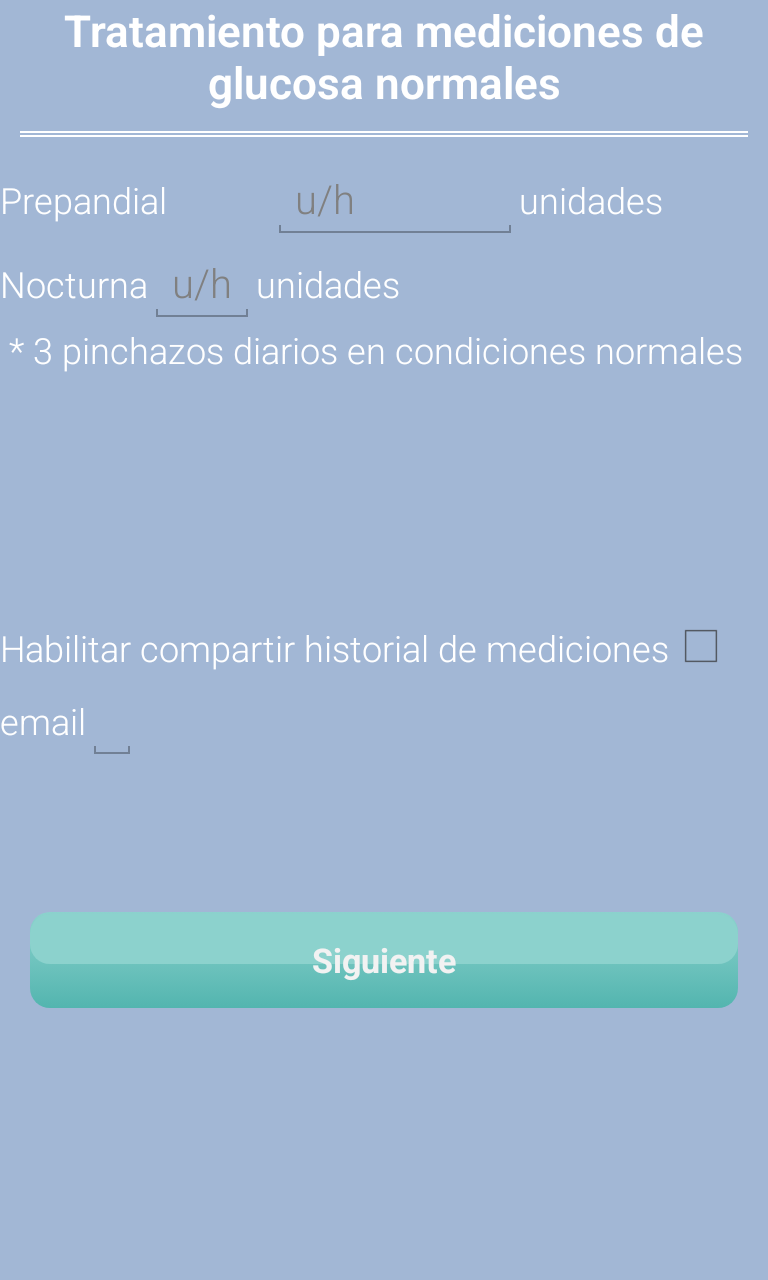
Repository: HectorGarciaMiguel/ssii-diabetes-060036
Layout: SeguimientoDiabetes/res/layout/activity_configuracion2_tipo1.xml
These files come from the project's save history. The layout is drawn as it stood at one moment and after the next save; the edit follows.
It is drawn on a 768 x 1280 px phone screen (xhdpi) without system bars, with theme AppTheme; the app's code is not run.

Above is the layout before, as saved 2015-11-19 17:53:59.

### SeguimientoDiabetes/res/layout/activity_configuracion2_tipo1.xml
<LinearLayout xmlns:android="http://schemas.android.com/apk/res/android"
    xmlns:tools="http://schemas.android.com/tools"
    android:layout_width="fill_parent"
    android:layout_height="fill_parent"
    android:orientation="vertical"
    android:layout_margin="3dp"
    tools:context=".Configuracion2Tipo1Activity" >

    <LinearLayout
        android:layout_width="fill_parent"
        android:layout_height="wrap_content"
        android:orientation="horizontal" >

        <TextView
            android:id="@+id/textView1"
            style="@style/RobotoStyleTextViewNegrita"
            android:layout_width="wrap_content"
            android:layout_height="wrap_content"
            android:gravity="center_vertical|center_horizontal"
            android:text="Tratamiento para mediciones de glucosa normales" />

    </LinearLayout>

          <View
              android:layout_width="wrap_content"
              android:layout_height="1dp"
              android:layout_marginBottom="1dp"
              android:layout_marginLeft="10dp"
              android:layout_marginRight="10dp"
              android:layout_marginTop="10dp"
              android:background="#FFFFFF" />

          <View
              android:layout_width="wrap_content"
              android:layout_height="1dp"
              android:layout_marginBottom="10dp"
              android:layout_marginLeft="10dp"
              android:layout_marginRight="10dp"
              android:background="#FFFFFF" />

    <LinearLayout
        android:layout_width="fill_parent"
        android:layout_height="wrap_content"
        android:orientation="horizontal">

        <TextView
            android:id="@+id/textView2"
            android:layout_width="wrap_content"
            android:layout_height="wrap_content"
            android:layout_weight="3"
            android:text="Prepandial" />

        <EditText
            android:id="@+id/editText1"
            android:layout_width="wrap_content"
            android:layout_height="wrap_content"
            android:layout_weight="4"
            android:hint="u/h"
            android:inputType="number" />

        <TextView
            android:id="@+id/textView3"
            android:layout_width="wrap_content"
            android:layout_height="wrap_content"
            android:layout_weight="3"
            android:text="unidades" />

    </LinearLayout>

    <LinearLayout
        android:layout_width="fill_parent"
        android:layout_height="wrap_content"
        android:orientation="horizontal" >

        <TextView
            android:id="@+id/textView4"
            android:layout_width="wrap_content"
            android:layout_height="wrap_content"
            android:text="Nocturna" />

        <EditText
            android:id="@+id/editText2"
            android:layout_width="wrap_content"
            android:layout_height="wrap_content"
            android:layout_column="1"
            android:layout_span="0"
            android:hint="u/h"
            android:inputType="number" />

        <TextView
            android:id="@+id/textView5"
            android:layout_width="wrap_content"
            android:layout_height="wrap_content"
            android:layout_column="2"
            android:layout_span="0"
            android:text="unidades" />

    </LinearLayout>

    <LinearLayout
        android:layout_width="fill_parent"
        android:layout_height="wrap_content"
        android:orientation="horizontal" >

        <TextView
            android:id="@+id/textView8"
            android:layout_width="wrap_content"
            android:layout_height="wrap_content"
            android:layout_gravity="center_vertical|center_horizontal"
            android:text=" * 3 pinchazos diarios en condiciones normales" />

    </LinearLayout>

    <LinearLayout
        android:layout_width="fill_parent"
        android:layout_height="wrap_content"
        android:orientation="horizontal"
        android:layout_weight="2"
        android:gravity="bottom" >

        <TextView
            android:id="@+id/textView6"
            android:layout_width="wrap_content"
            android:layout_height="wrap_content"
            android:text="Habilitar compartir historial de mediciones" />

        <CheckBox
            android:id="@+id/checkBox1"
            android:layout_width="wrap_content"
            android:layout_height="wrap_content" />

    </LinearLayout>

    <LinearLayout
        android:layout_width="fill_parent"
        android:layout_height="wrap_content"
        android:orientation="horizontal"
        android:layout_weight="1" >

        <TextView
            android:id="@+id/textView7"
            android:layout_width="wrap_content"
            android:layout_height="wrap_content"
            android:text="email" />

        <EditText
            android:id="@+id/editText3"
            android:layout_width="wrap_content"
            android:layout_height="wrap_content"
            android:inputType="textEmailAddress" />

    </LinearLayout>

    <LinearLayout
        android:layout_width="fill_parent"
        android:layout_height="wrap_content"
        android:orientation="horizontal"
        android:layout_weight="2" >

        <Button
            android:id="@+id/button1"
        	style="@style/Boton"
        	android:background="@drawable/mibotonverde"
            android:layout_height="wrap_content"
            android:onClick="lanzarConfiguracion3"
            android:text="Siguiente" />

    </LinearLayout>

</LinearLayout>

### SeguimientoDiabetes/res/drawable/mibotonverde.xml
<?xml version="1.0" encoding="utf-8"?>
<selector xmlns:android="http://schemas.android.com/apk/res/android" >

 <item android:state_pressed="true">
     <layer-list >
       <item >
           <shape android:shape="rectangle">
            <gradient
  				  android:startColor="#104849"
                  android:endColor="#0B393A"
                  android:angle="-90"
                  android:type="linear"
                  />
            <corners android:radius="10dp" />
            </shape>
            </item>
            <item android:top="1dp" android:bottom="22dp" >
 	 <shape android:shape="rectangle">
  				<solid android:color="#104849"/>
              <corners android:radius="10dp" />

            </shape>
      </item>
      </layer-list>
  </item>




<item android:state_focused="true">
     <layer-list >
       <item >
           <shape android:shape="rectangle">
            <gradient
  				  android:startColor="#104849"
                  android:endColor="#0B393A"
                  android:angle="-90"
                  android:type="linear"
                  />
            <corners android:radius="10dp" />
            </shape>
            </item>
            <item android:top="1dp" android:bottom="50px" >
  <shape android:shape="rectangle">
  <solid android:color="#104849"/>
              <corners android:radius="10dp" />

            </shape>
      </item>
      </layer-list>
  </item>







 <item>
     <layer-list >
       <item >
           <shape android:shape="rectangle">
            <gradient
  				  android:startColor="#8CD2CD"
                  android:endColor="#53B5AF"
                  android:angle="-90"
                  android:type="linear"
                  />
			<corners android:radius="10dp" />
			</shape>
        </item>
        <item android:top="1dp" android:bottom="22dp" >
  			<shape android:shape="rectangle">
  			<solid android:color="#8CD2CD"/>
       			<corners android:radius="10dp" />
           </shape>
      </item>
      </layer-list>
  </item>
</selector>

Loaded but not shown: SeguimientoDiabetes/res/values/styles.xml (common file); SeguimientoDiabetes/res/values-v11/styles.xml (common file); SeguimientoDiabetes/res/values-v14/styles.xml (common file)

After the next save:
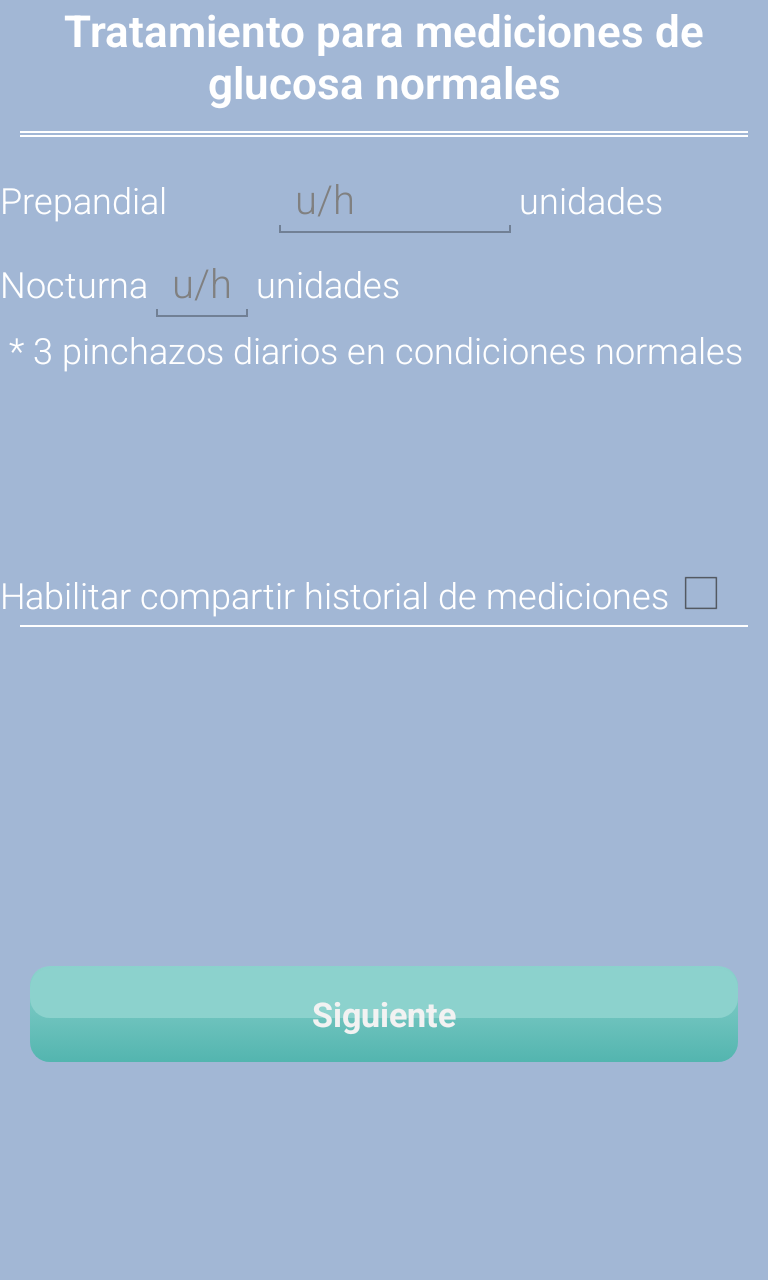
Saved 69 s later.
--- a/SeguimientoDiabetes/res/layout/activity_configuracion2_tipo1.xml
+++ b/SeguimientoDiabetes/res/layout/activity_configuracion2_tipo1.xml
@@ -136,7 +136,13 @@
         android:layout_height="wrap_content"
         android:orientation="horizontal"
         android:layout_weight="1" >
-
+ <View
+              android:layout_width="wrap_content"
+              android:layout_height="1dp"
+              android:layout_marginBottom="10dp"
+              android:layout_marginLeft="10dp"
+              android:layout_marginRight="10dp"
+              android:background="#FFFFFF" />
         <TextView
             android:id="@+id/textView7"
             android:layout_width="wrap_content"
